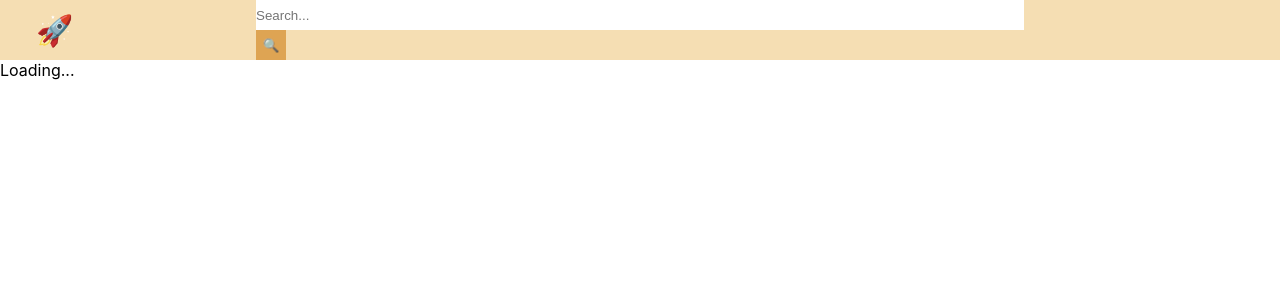
Repository: YEOMJINSEOP/React
Page: / (app in reactube/)
The author's editor kept a copy of each file at every save. The page is drawn from the files as they stood at one save, then again after a run of saves.
The browser window is 1280 px wide. The pictures show the whole page.
The page's requests for data from a server got no answer. The project was rebuilt for these pictures with package versions that can differ from the ones it lists, and the page was loaded fresh each time. No one was signed in, and anything a server would have sent is missing. Also part of the build but not shown: reactube/src/app.css, reactube/src/components/videoList/VideoList.module.css, reactube/src/components/videoList/VideoList.jsx.

Above is the page before, as saved 2023-01-17 11:42:29.

After the next 2 saves:
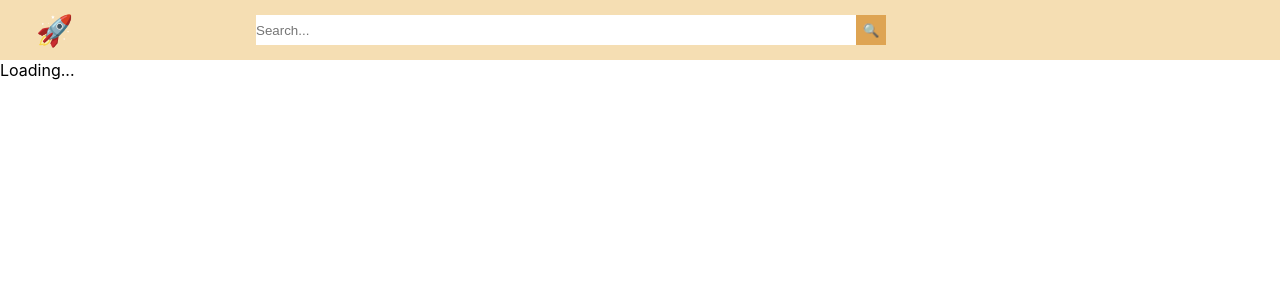
The 2 saves are shown as one change because they came seconds apart.
The last was saved 13 s later.
--- a/reactube/src/components/header/Header.module.css
+++ b/reactube/src/components/header/Header.module.css
@@ -28,7 +28,7 @@ button {
   width: 60%;
 }
 .searchBox{
-  width: 100%;
+  width: 600px;
   height: 30px;
   outline: none;
   border: none;
